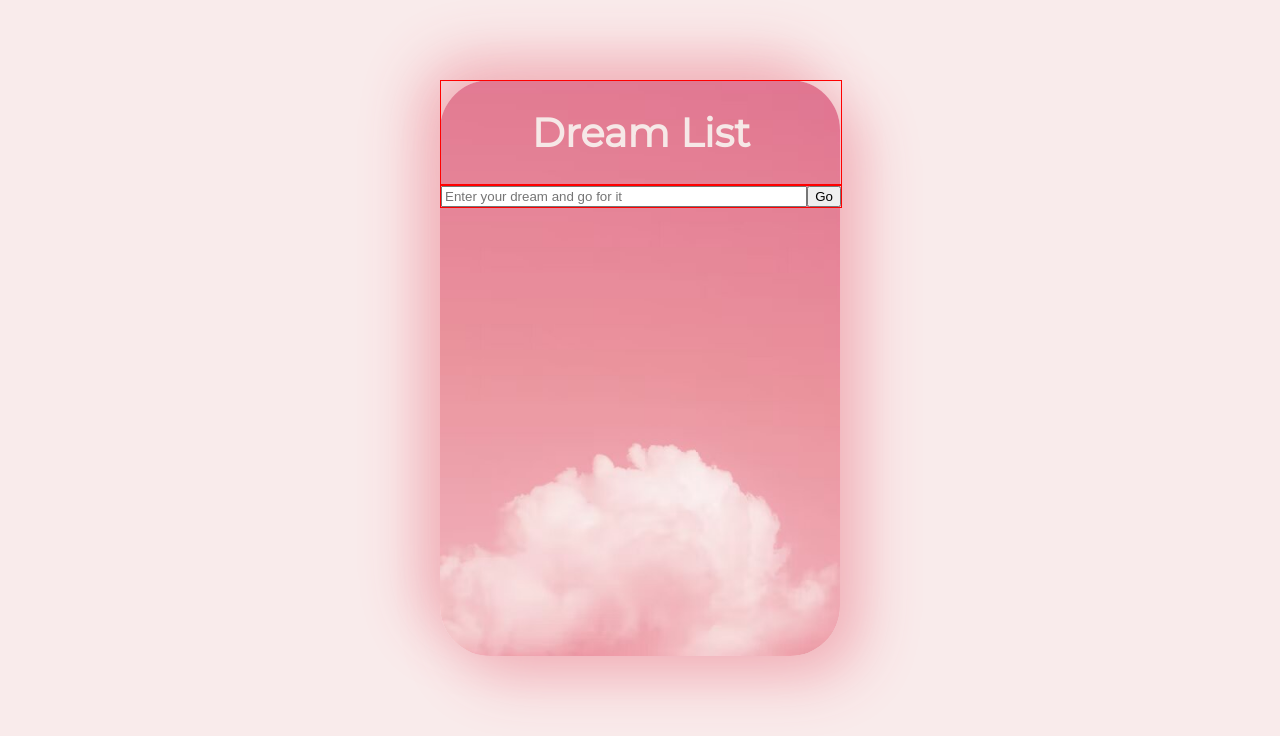
Repository: asya-aisa/grocery-list
Page: /
The author's editor kept a copy of each file at every save. The page is drawn from the files as they stood at one save, then again after the next save.
The browser window is 1280 px wide. The pictures show the whole page.
The project was rebuilt for these pictures with package versions that can differ from the ones it lists, and the page was loaded fresh each time.

Above is the page before, as saved 2023-07-14 16:13:32.

### public/index.html
<!DOCTYPE html>
<html lang="en">
  <head>
    <meta charset="utf-8" />
    <link rel="icon" href="%PUBLIC_URL%/favicon.ico" />
    <meta name="viewport" content="width=device-width, initial-scale=1" />
    <meta name="theme-color" content="#000000" />
    <meta
      name="description"
      content="Web site created using create-react-app"
    />
    <link rel="apple-touch-icon" href="%PUBLIC_URL%/logo192.png" />
    <!--
      manifest.json provides metadata used when your web app is installed on a
      user's mobile device or desktop. See https://developers.google.com/web/fundamentals/web-app-manifest/
    -->
    <link rel="manifest" href="%PUBLIC_URL%/manifest.json" />
    <link rel="preconnect" href="https://fonts.googleapis.com">
    <link rel="preconnect" href="https://fonts.gstatic.com" crossorigin>
    <link href="https://fonts.googleapis.com/css2?family=Montserrat:ital@0;1&display=swap" rel="stylesheet">
    <!--
      Notice the use of %PUBLIC_URL% in the tags above.
      It will be replaced with the URL of the `public` folder during the build.
      Only files inside the `public` folder can be referenced from the HTML.

      Unlike "/favicon.ico" or "favicon.ico", "%PUBLIC_URL%/favicon.ico" will
      work correctly both with client-side routing and a non-root public URL.
      Learn how to configure a non-root public URL by running `npm run build`.
    -->
    <title>React App</title>
  </head>
  <body>
    <noscript>You need to enable JavaScript to run this app.</noscript>
    <div id="root"></div>
    <!--
      This HTML file is a template.
      If you open it directly in the browser, you will see an empty page.

      You can add webfonts, meta tags, or analytics to this file.
      The build step will place the bundled scripts into the <body> tag.

      To begin the development, run `npm start` or `yarn start`.
      To create a production bundle, use `npm run build` or `yarn build`.
    -->
  </body>
</html>

### src/App.js

import './App.css';
import { DreamList } from './DreamList';

function App() {
  return (
    <div className="App">
      <div className='container'>
        <h1>Dream List</h1>
      </div>
      <DreamList />
    </div>
  );
}

export default App;

### src/App.css
.App {
  background-image: url(fon-img.jpg);
  background-position: center;
  background-size: cover;
  background-repeat: no-repeat;
  width: 400px;
  min-height: 80vh;
  margin: 80px auto;
  border-radius: 50px;
  box-shadow:  20px 20px 60px #f1b0b8,
             -20px -20px 60px #f1b0b8;
}
body {
  background-color: #f9ebeb;
}
.container {
  display: flex;
  justify-content: center;
}
h1 {
  color:#f6e8e7;
  font-size: 40px;
  font-family: 'Montserrat', sans-serif;
}

input {
  flex: 1;
}
.container {
  border:  red 1px solid;
  width: 100%;
}

### src/DreamList.js
import { Component } from "react";

export class DreamList extends Component {

    state = {
        inputDream: '',
        dreamList: []
    }

    upDateInput(e) {
        this.setState({
            inputDream: e
        })
    }
    AddDream(input) {
        let dreamArray = this.state.dreamList;
        dreamArray.push(input);
        this.setState({dreamList: dreamArray, inputDream: ''})
    }

    DeleteItem(number) {
        let dreamArray = this.state.dreamList;
        dreamArray.splice(number,1);
        this.setState({dreamList: dreamArray})
    }





    render() {
        return <div>
            <div className="container">
              <input type="text" placeholder="Enter your dream and go for it"
              onChange={(e) => {this.upDateInput(e.target.value)}}
              value={this.state.inputDream}/>

              <button onClick={() => this.AddDream(this.state.inputDream)}>Go</button>
            </div>


            <ul>
                {this.state.dreamList.map((item, index) => (
                    <li key={index}>
                        {item}
                        <button>Done</button>
                        <button onClick={() => this.DeleteItem(index)}>Delete</button>
                    </li>
                ))}
            </ul>
        </div>
    }
}

Loaded but not shown: src/index.js (common file); src/reportWebVitals.js (common file)

After the next save:
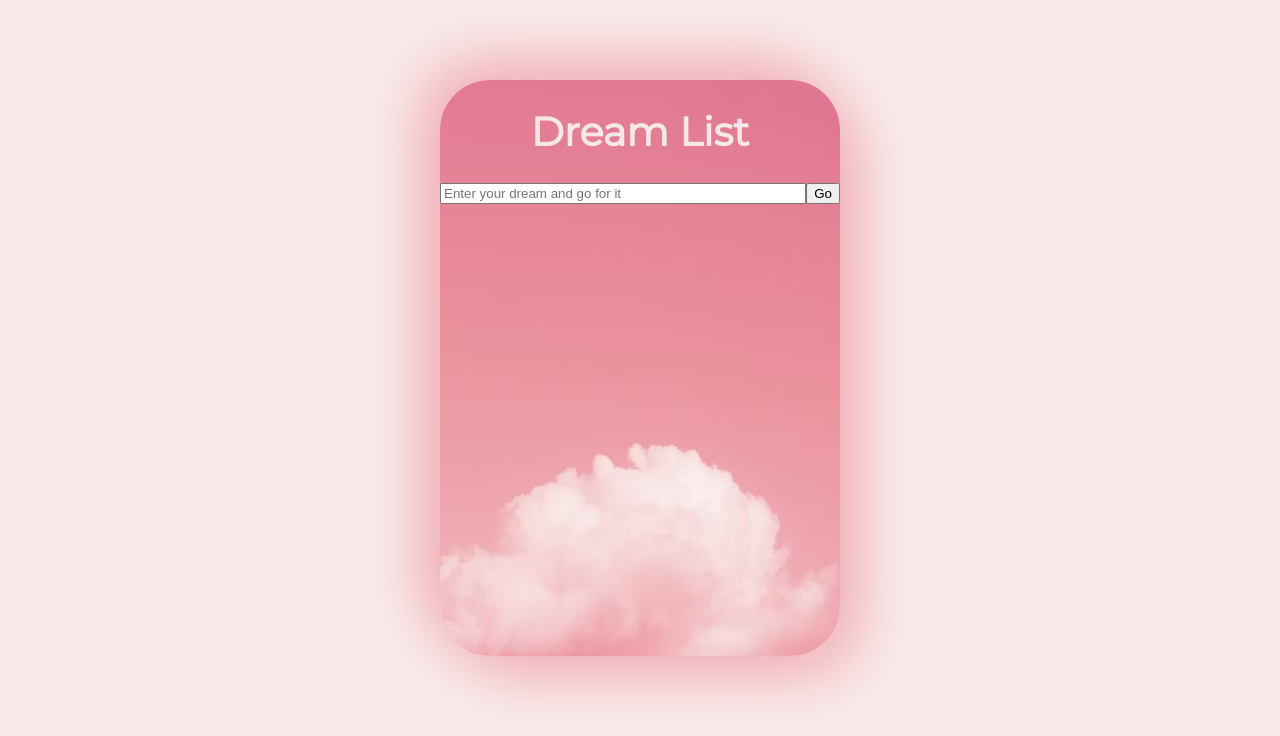
Saved 19 s later.
--- a/src/App.css
+++ b/src/App.css
@@ -26,7 +26,3 @@ h1 {
 input {
   flex: 1;
 }
-.container {
-  border:  red 1px solid;
-  width: 100%;
-}
